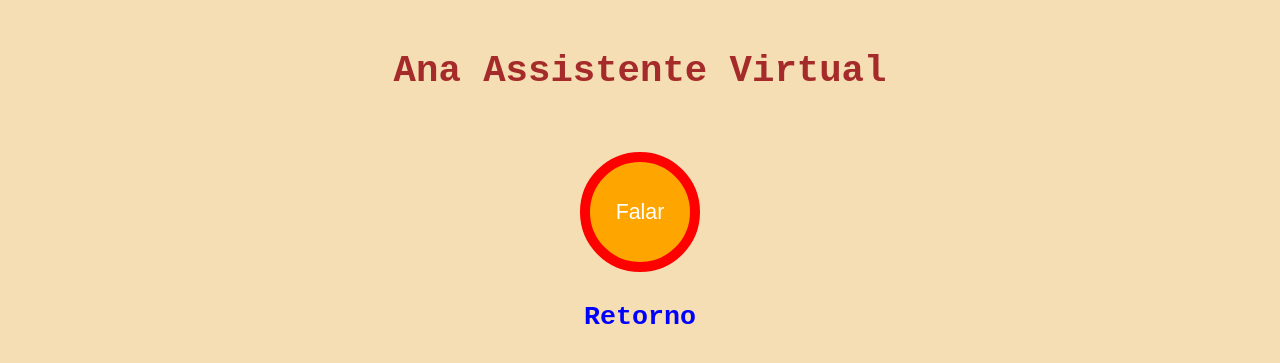
Repository: pettinelli1202/Ana-VirtualAssistant
Page: index.html
An editor plug-in stored every save of this project. The page is shown before and after a run of saves, followed by the edit.
The browser window is 1280 px wide. The pictures show the whole page.

Above is the page before, as saved 2023-05-11 02:34:02.
Console error: ReferenceError: Cannot access 'SpeechRecognition' before initialization

### index.html
<!DOCTYPE html>
<html lang="en">
<head>
    <meta charset="UTF-8">
    <meta http-equiv="X-UA-Compatible" content="IE=edge">
    <meta name="viewport" content="width=device-width, initial-scale=1.0">
    <script src="./js/inteligence-ana.js" defer></script>
    <title>Ana - Virtual Assistant</title>
    <link rel="stylesheet" href="./css/style.css">
</head>
<body>
    <div class="container">
        <h1>Ana Assistente Virtual</h1>
    </div>
    <div class="search">
        <button id="speakbtn">Falar</button>
        <div id="resultSpeak">Retorno</div>
    </div>
</body>
</html>

### js/inteligence-ana.js
(function() {

    const speakBtn = document.querySelector('#speakBtn');
    const speechResults = document.querySelector('#resultSpeak')

    if (window.SpeechRecognition || window.webkitSpeechRecognition) {
        const SpeechRecognition = SpeechRecognition || SpeechRecognition;
        const speechCommand = new SpeechRecognition();

        speechCommand.lang = 'en';

        speakBtn.addEventListener('click', function () {
            try {
                speechCommand.start();
                speechResults.innerHTML = "Ouvindo";
            } catch (erro) {
                alert('Houve um erro' + erro.message);
            }
        }, false);
    }
})();

### css/style.css
* {
    box-sizing: border-box;
    margin: 0;
    padding: 0;
}

body {
    background-color: wheat;
   font-family:monospace;
}

.container {
    display: flex;
    flex-direction: column;
    align-items: center;
    align-content: center;
    margin: 40px;

}

h1 {
    text-align: center;
    color: brown;
    font-weight: bolder;
    font-size: 28pt;
    margin: 10px;
}

.search {
    display: flex;
    flex-direction: column;
    align-items: center;
    align-content: center;
    margin: 40px;
}

button {
    width: 120px;
    height: 120px;
    border-radius: 50%;
    border: 10px solid red;
    margin: 10px;
    background-color: orange;
    cursor: pointer;
}

#speakbtn {
    color: white;
    text-align: center;
    font-size: 16pt;
}

#resultSpeak {
    font-size: 20pt;
    font-weight: bold;
    color: blue;
    margin: 20px;
}

After the next 2 saves:
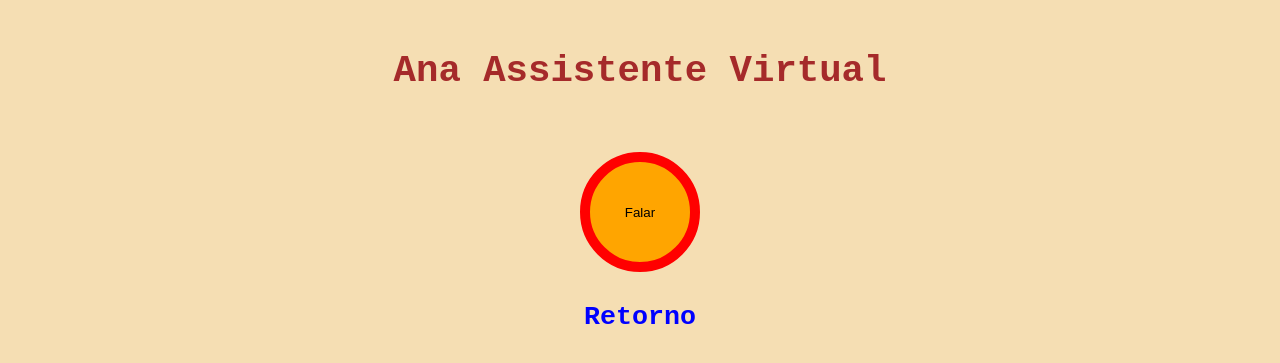
The 2 saves are shown as one change because they came seconds apart.
The last was saved 9 s later.
--- a/index.html
+++ b/index.html
@@ -13,7 +13,7 @@
         <h1>Ana Assistente Virtual</h1>
     </div>
     <div class="search">
-        <button id="speakbtn">Falar</button>
+        <button id="speakBtn">Falar</button>
         <div id="resultSpeak">Retorno</div>
     </div>
 </body>
